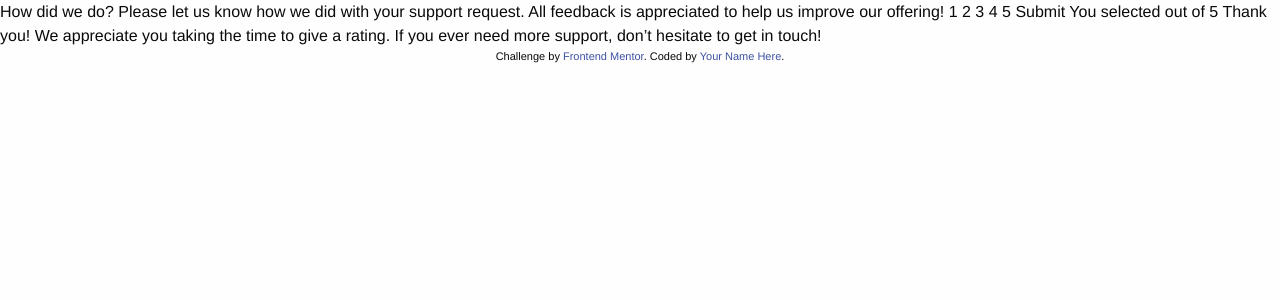
Repository: blordeus/interactive-rating-component-main
Page: index.html
These files come from the project's save history. The page is drawn as it stood at one moment and after the next save; the edit follows.
The browser window is 1280 px wide. The pictures show the whole page.

Above is the page before, as saved 2023-08-21 09:43:49.
Console error: TypeError: Cannot read properties of undefined (reading 'fn')

After the next save:
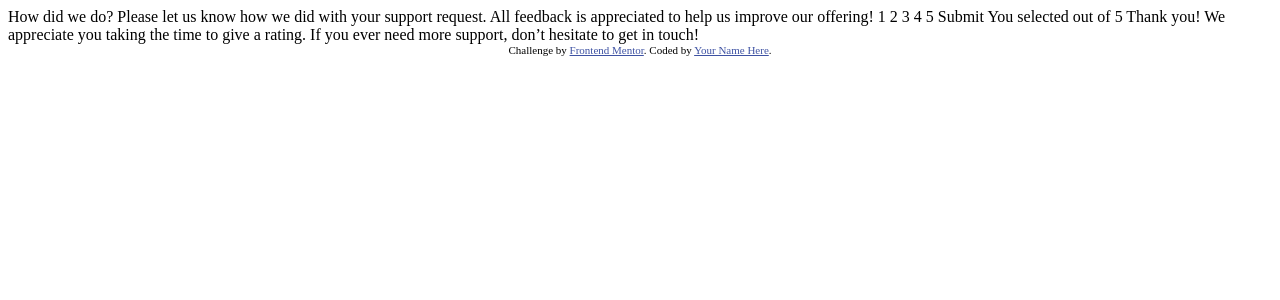
Saved 11 s later.
--- a/index.html
+++ b/index.html
@@ -8,7 +8,6 @@
   <title>Frontend Mentor | Interactive rating component</title>
   <!-- <link rel="stylesheet" href="https://unpkg.com/tachyons@4.12.0/css/tachyons.min.css"/> -->
   <!-- Compressed CSS -->
-<link rel="stylesheet" href="https://cdn.jsdelivr.net/npm/foundation-sites@6.8.1/dist/css/foundation.min.css" crossorigin="anonymous">
 
 <!-- Compressed JavaScript -->
   <!-- Feel free to remove these styles or customise in your own stylesheet 👍 -->
